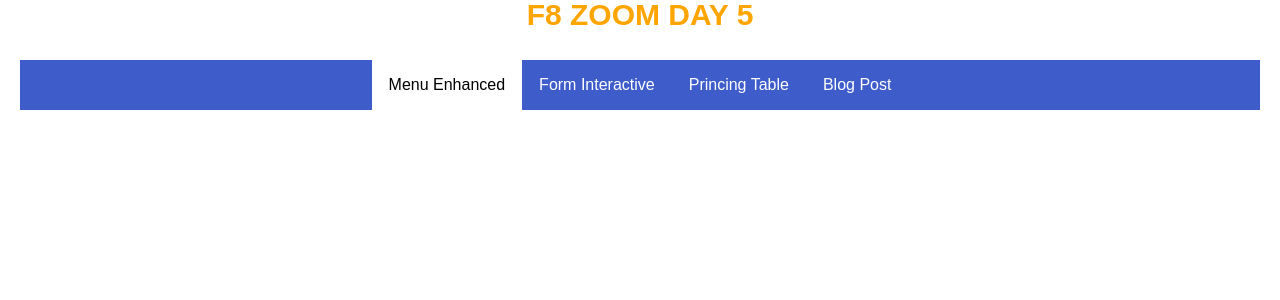
Repository: lannguyen1301/f8-zoom-day-5
Page: index.html
These files come from the project's save history. The page is drawn as it stood at one moment and after a run of saves; the edit follows.
The browser window is 1280 px wide. The pictures show the whole page.

Above is the page before, as saved 2025-04-21 18:58:47.

After the next 2 saves:
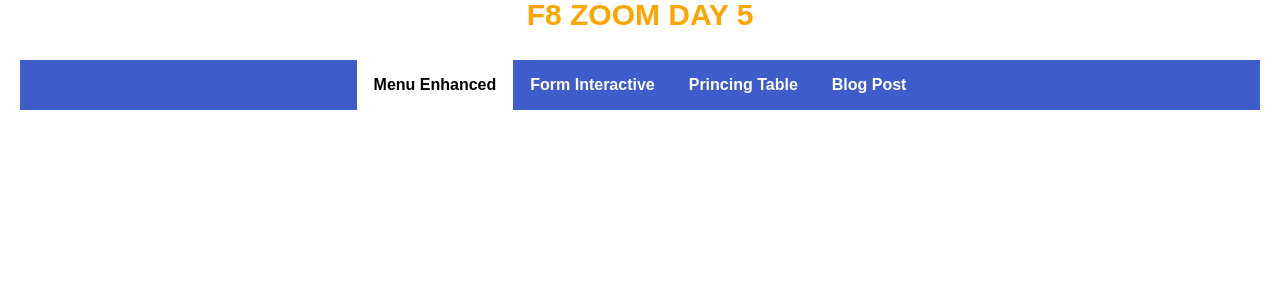
The 2 saves are shown as one change because they came seconds apart.
The last was saved 42 s later.
--- a/assets/css/style.css
+++ b/assets/css/style.css
@@ -44,7 +44,7 @@ a {
     color: #fff;
     line-height: 50px;
     padding: 17px;
-    font-weight: 500;
+    font-weight: 700;
     font-size: 1.6rem;
 }
 
